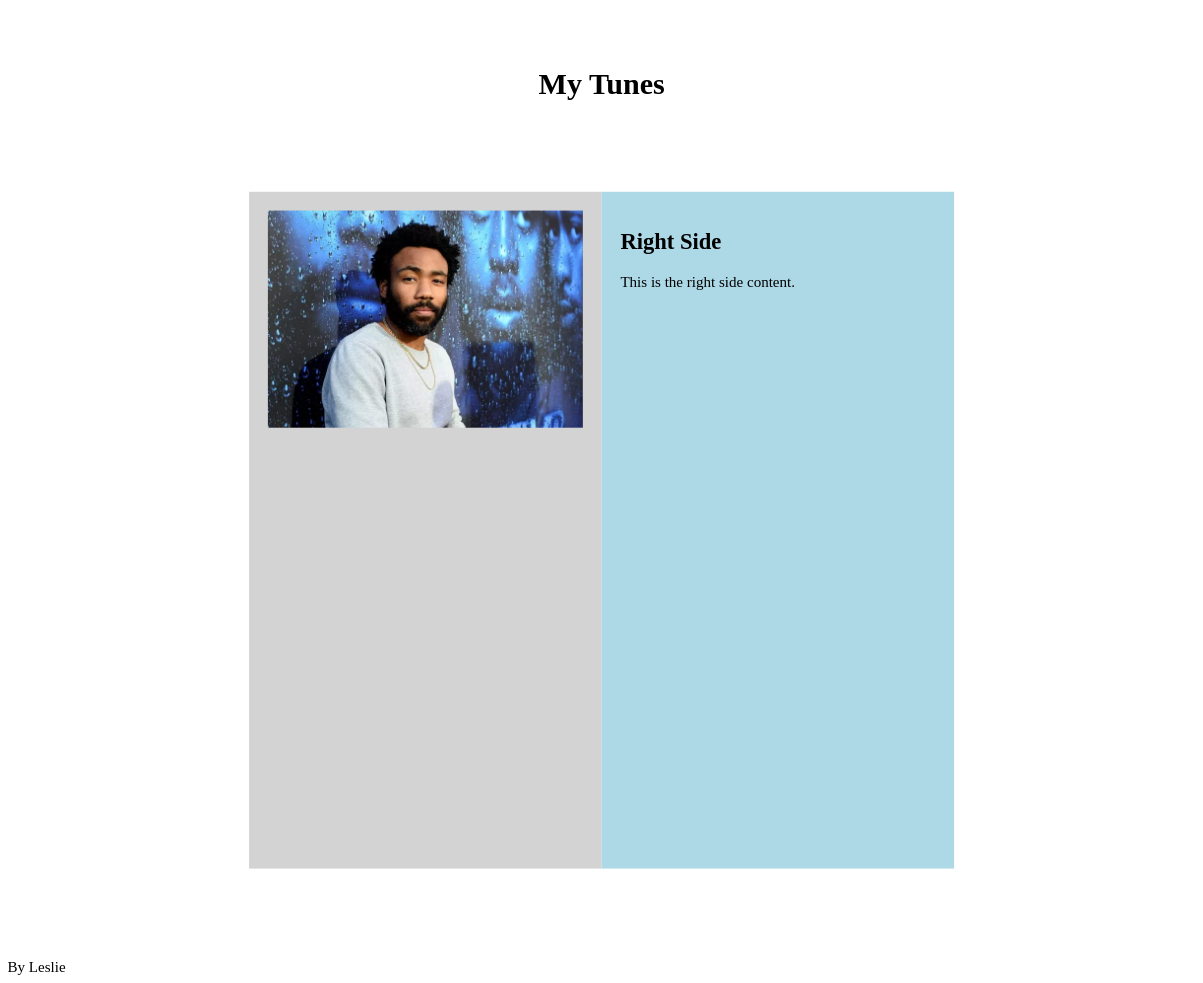
Repository: leslie179/labOne
Page: /
An editor plug-in stored every save of this project. The page is shown before and after the next save, followed by the edit.
The browser window is 1280 px wide. The pictures show the whole page, at 94% of full size.
The project was rebuilt for these pictures with package versions that can differ from the ones it lists, and the page was loaded fresh each time. The framework's server and built-in components were replaced by stand-ins that run in the browser. Also part of the build but not shown: next.config.js, components/Footer/Footer.module.css, components/RightComponent/RightComponent.module.css.

Above is the page before, as saved 2024-09-15 21:46:17.

After the next save:
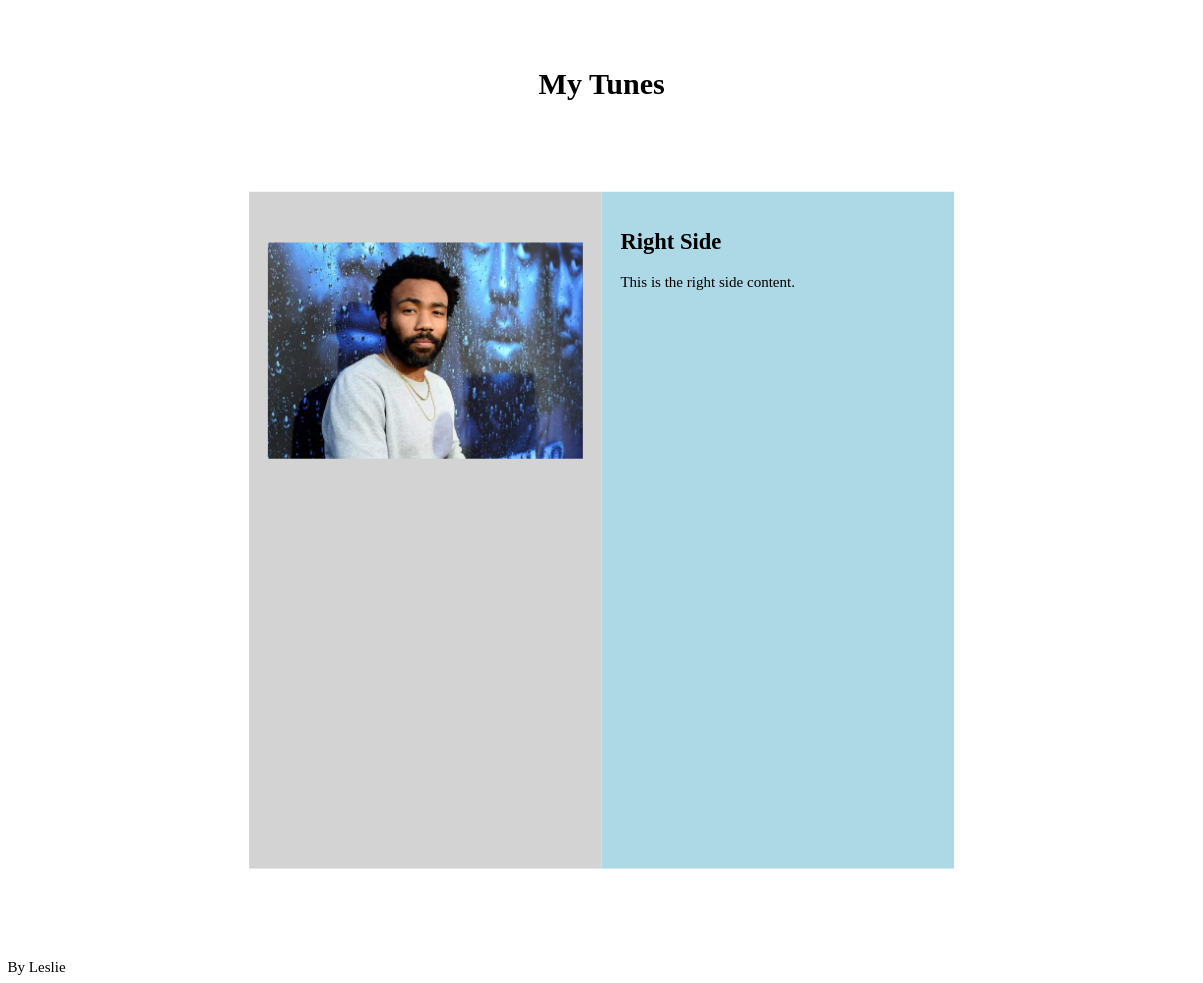
Saved 5 s later.
--- a/components/LeftComponent/LeftComponent.module.css
+++ b/components/LeftComponent/LeftComponent.module.css
@@ -9,5 +9,5 @@
 
 .image{
     width: 100%;
-    paddding-top: 10%;
+    padding-top: 10%;
 }
